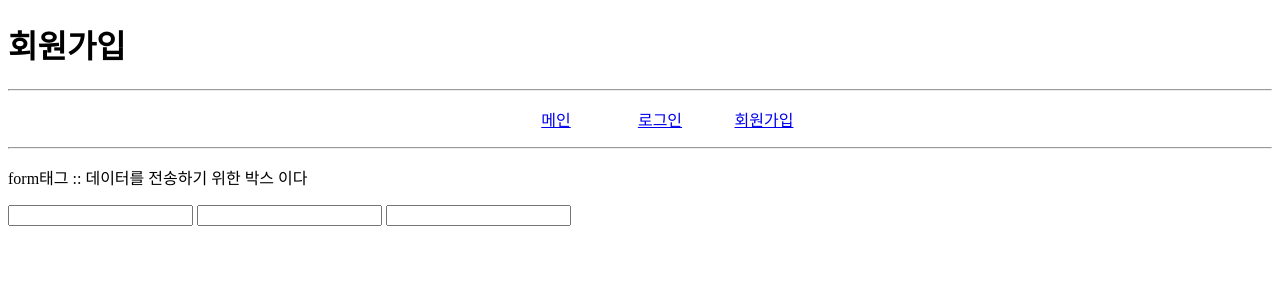
Repository: leesangbok/jsp-work
Page: http://localhost/cos/join.jsp
The author's editor kept a copy of each file at every save. The page is drawn from the files as they stood at one save, then again after the next save.
The browser window is 1280 px wide. The pictures show the whole page.
The page is served by Tomcat 9.

Above is the page before, as saved 2020-08-22 02:48:41.

### cos/WebContent/join.jsp
<%@ page language="java" contentType="text/html; charset=UTF-8"
    pageEncoding="UTF-8"%>
<!DOCTYPE html>
<html>
<head>
<meta charset="UTF-8">
<title>회원가입</title>
 <style>
 	ul{text-align: center;}
 	li{display: inline-block; width: 100px;}
 </style>
</head>
<body>
	<h1>회원가입</h1>
	<hr/>
	<ul>
		<li><a href="main.jsp" title="메인">메인</a></li>
		<li><a href="login.jsp" title="로그인">로그인</a></li>
		<li><a href="join.jsp" title="회원가입">회원가입</a></li>
	</ul>
	<hr/>
	<!-- form태그 :: 데이터를 전송하기 위한 박스 이다 -->
	<p>form태그 :: 데이터를 전송하기 위한 박스 이다</p>
	<form>
		<input type="text" name="userName"/>
		<input type="password" name="password"/>
		<input type="email" name="email"/>
	</form>
</body>
</html>

After the next save:
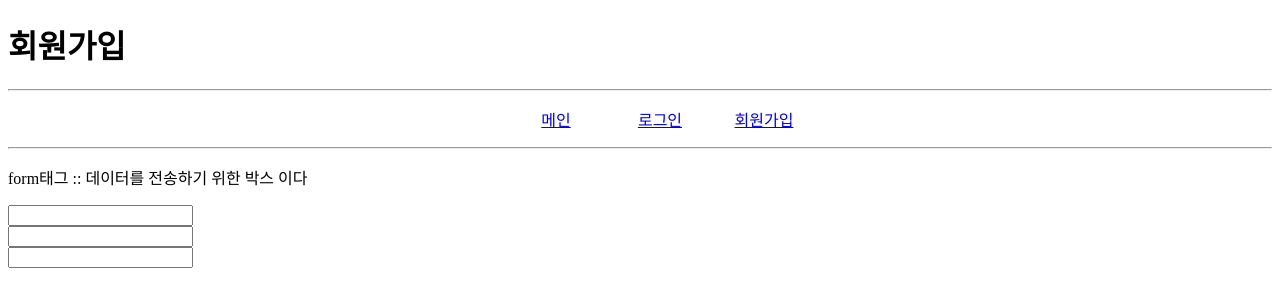
Saved 16 s later.
--- a/cos/WebContent/join.jsp
+++ b/cos/WebContent/join.jsp
@@ -22,8 +22,8 @@
 	<!-- form태그 :: 데이터를 전송하기 위한 박스 이다 -->
 	<p>form태그 :: 데이터를 전송하기 위한 박스 이다</p>
 	<form>
-		<input type="text" name="userName"/>
-		<input type="password" name="password"/>
+		<input type="text" name="userName"/><br/>
+		<input type="password" name="password"/><br/>
 		<input type="email" name="email"/>
 	</form>
 </body>
